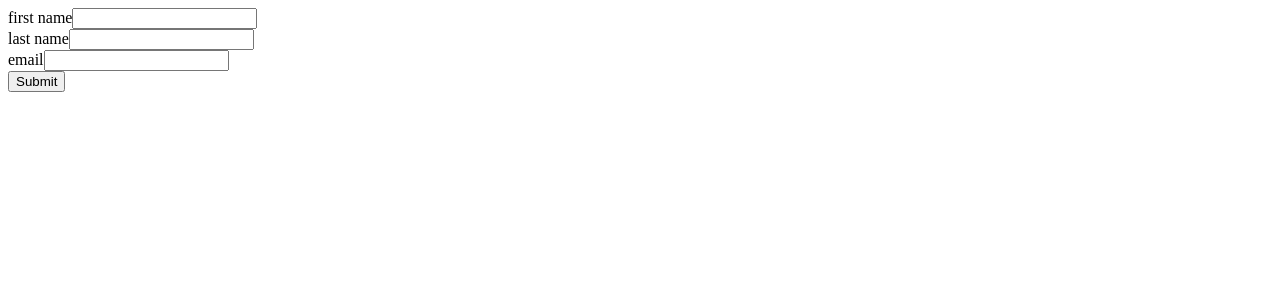
Repository: Arunkarthik13/IBM-FSD-000GGD
Page: http://localhost/SampleWebApplication1/
The author's editor kept a copy of each file at every save. The page is drawn from the files as they stood at one save, then again after the next save.
The browser window is 1280 px wide. The pictures show the whole page.
The page is served by Tomcat 9.

Above is the page before, as saved 2019-09-03 10:39:01.

After the next save:
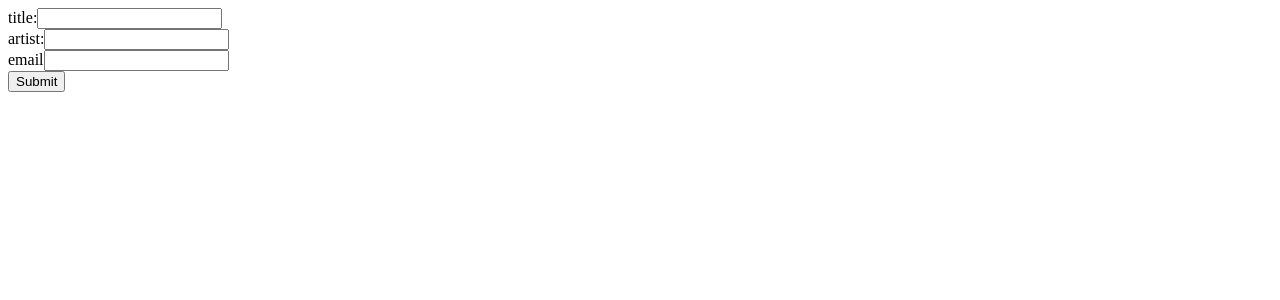
Saved 6 s later.
--- a/SampleWebApplication1/src/main/webapp/index.jsp
+++ b/SampleWebApplication1/src/main/webapp/index.jsp
@@ -7,9 +7,8 @@
 <title>Insert title here</title>
 </head>
 <body>
-<form action="instructor_detail.jsp" method="post">
-first name<input type="text" name="fname"><br/>
-last name<input type="text" name="lname"><br/>
+title:<input type="text" name="fname"><br/>
+artist:<input type="text" name="lname"><br/>
 email<input type="text" name="email"><br/>
 <input type="submit">
 </form>
